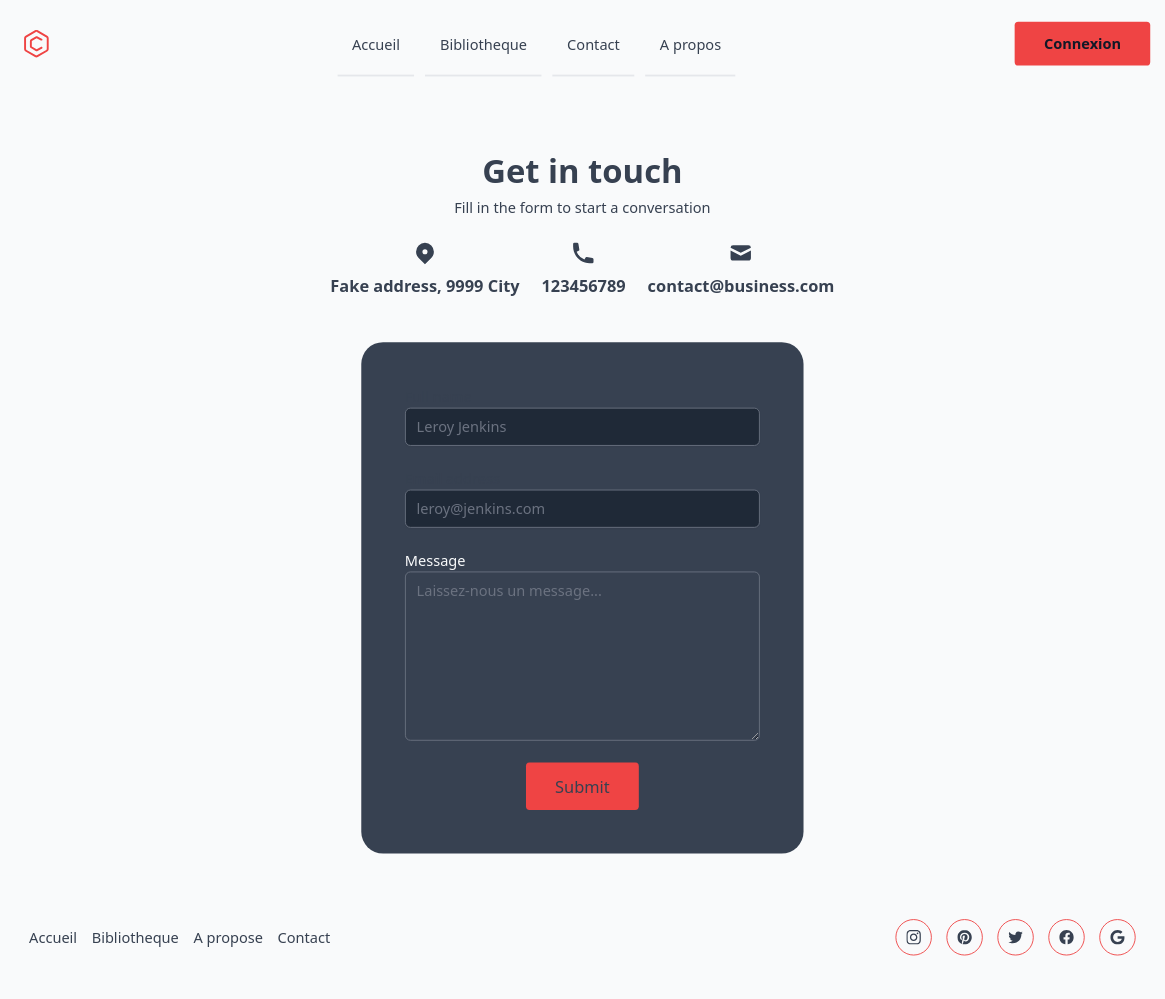
Repository: erulabs243/museum
Page: /contact
The author's editor kept a copy of each file at every save. The page is drawn from the files as they stood at one save, then again after the next save.
The browser window is 1280 px wide. The pictures show the whole page, at 91% of full size.
The project was rebuilt for these pictures with package versions that can differ from the ones it lists, and the page was loaded fresh each time. Also part of the build but not shown: vite.config.js, src/pages/admin/Home.jsx, src/pages/commons/NotFound.jsx, src/components/atoms/TagBadge.jsx, src/components/atoms/MyAudioPlayer.jsx, src/components/atoms/MyVideoPlayer.jsx, src/components/atoms/MediaCard.jsx, src/components/sections/Testimonial.jsx and 16 more.

Above is the page before, as saved 2022-08-10 13:24:27.

After the next save:
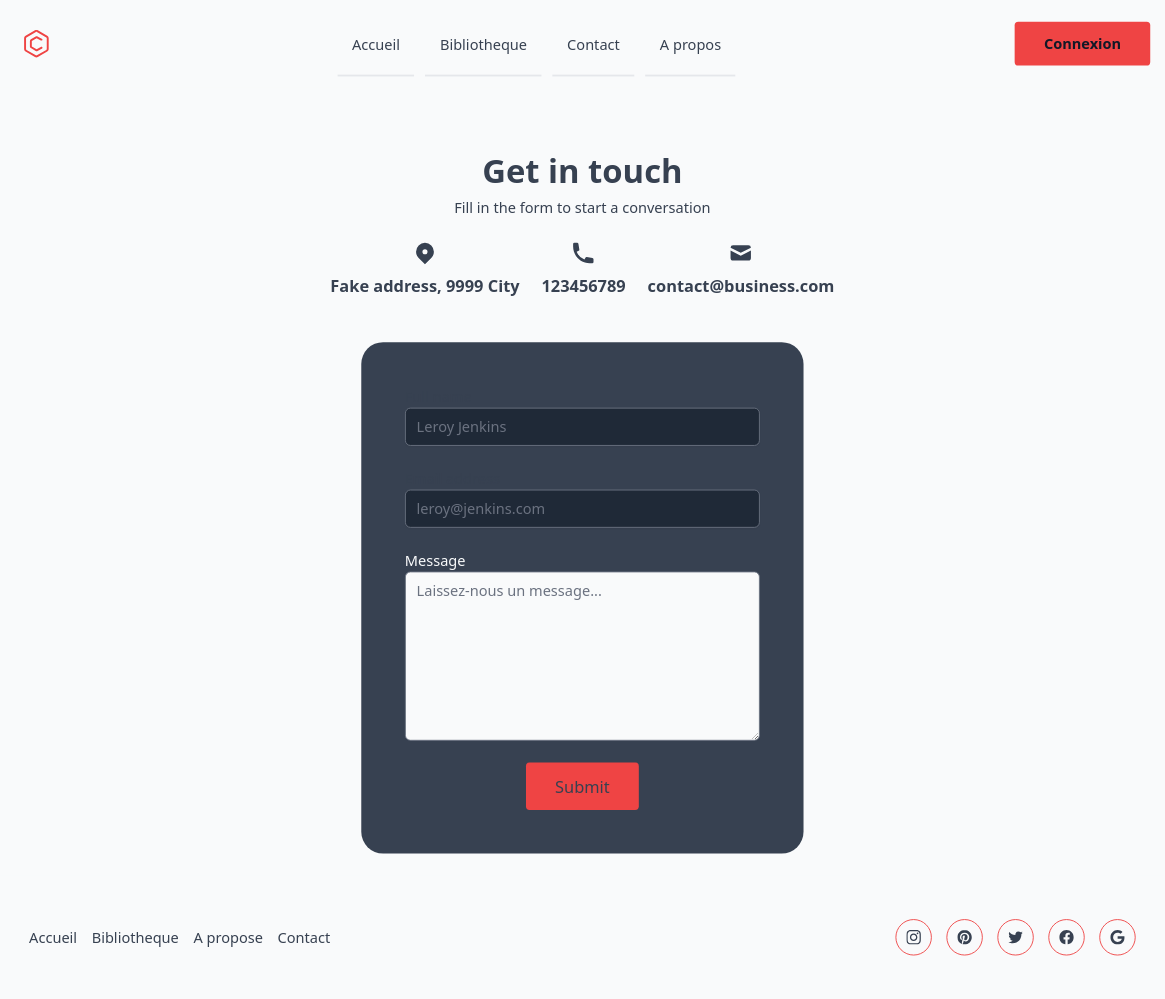
Saved 11 s later.
--- a/src/pages/user/Contact.jsx
+++ b/src/pages/user/Contact.jsx
@@ -76,7 +76,7 @@
                             <textarea
                                 placeholder="Laissez-nous un message..."
                                 rows="7"
-                                className="block w-full rounded-md focus:ring focus:ring-opacity-75 focus:ring-red-500 bg-gray-700"></textarea>
+                                className="block w-full rounded-md focus:ring focus:ring-opacity-75 focus:ring-red-500 bg-gray-50"></textarea>
                         </label>
                         <button
                             type="button"

After the save that followed:
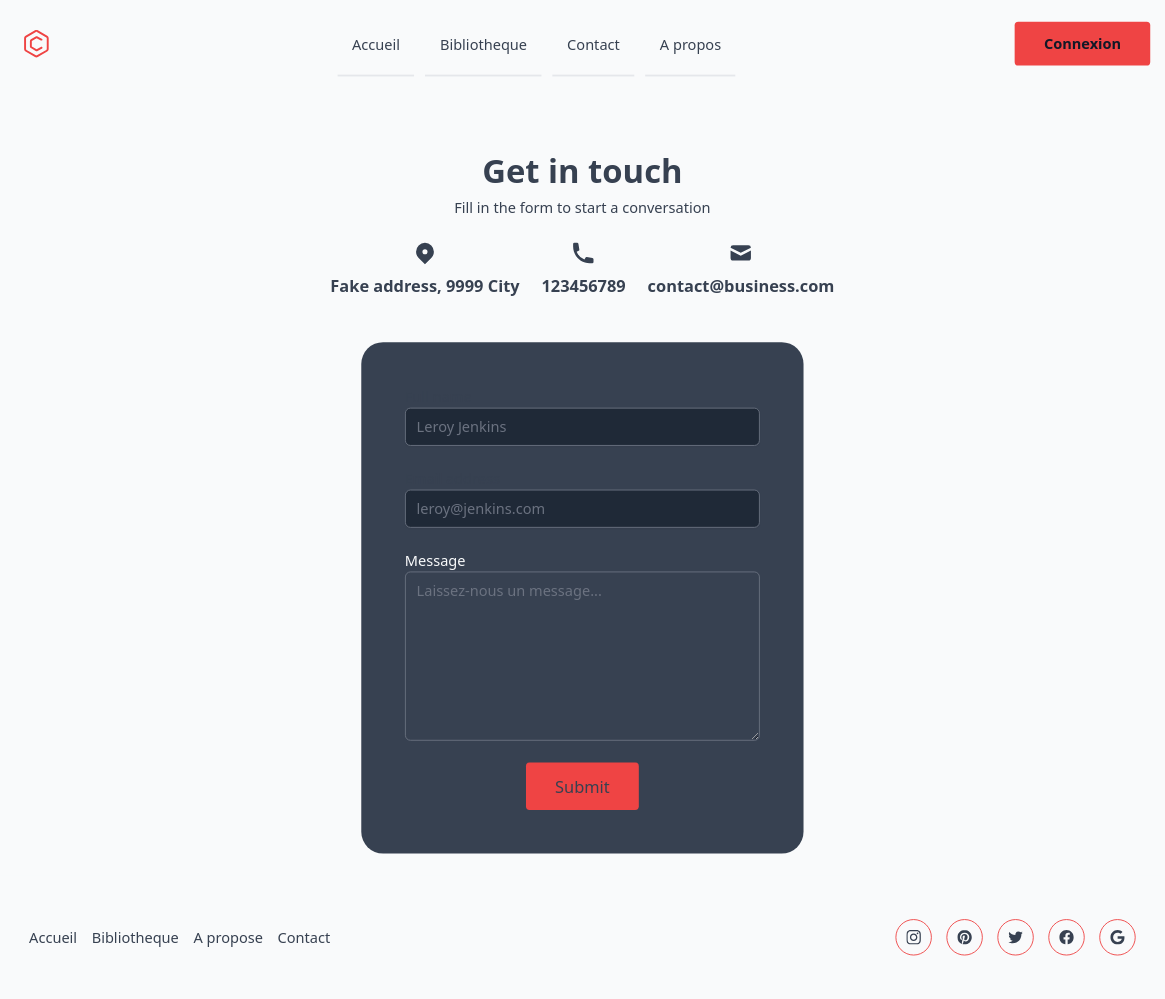
Saved 15 s later.
--- a/src/pages/user/Contact.jsx
+++ b/src/pages/user/Contact.jsx
@@ -76,7 +76,7 @@
                             <textarea
                                 placeholder="Laissez-nous un message..."
                                 rows="7"
-                                className="block w-full rounded-md focus:ring focus:ring-opacity-75 focus:ring-red-500 bg-gray-50"></textarea>
+                                className="block w-full rounded-md focus:ring focus:ring-opacity-75 focus:ring-red-500 bg-gray-700"></textarea>
                         </label>
                         <button
                             type="button"
